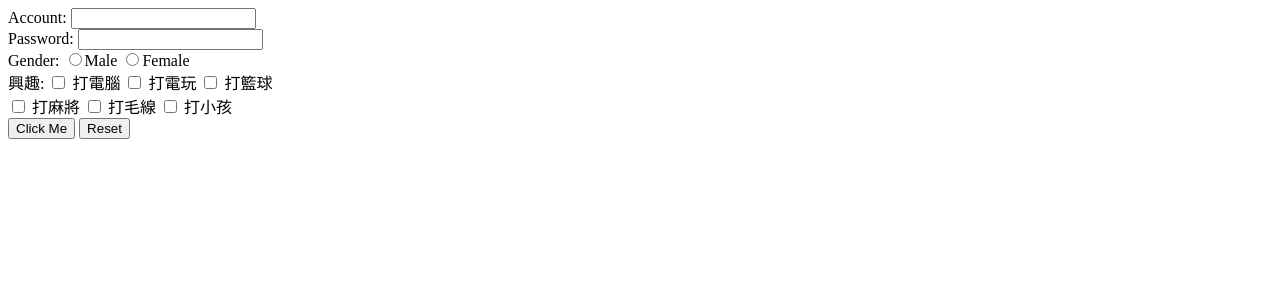
Repository: jessie9527/Java_Brad
Page: BradWeb/src/main/webapp/brad09.html
The author's editor kept a copy of each file at every save. The page is drawn from the files as they stood at one save, then again after the next save.
The browser window is 1280 px wide. The pictures show the whole page.

Above is the page before, as saved 2023-05-09 06:20:08.

After the next save:
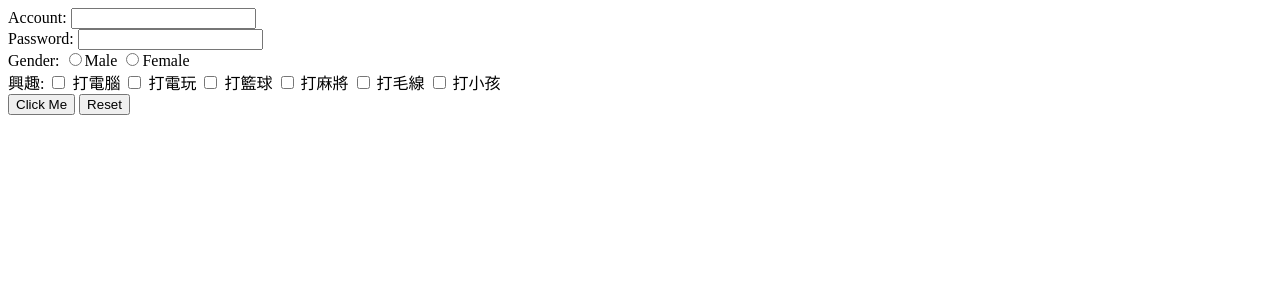
Saved 26 s later.
--- a/BradWeb/src/main/webapp/brad09.html
+++ b/BradWeb/src/main/webapp/brad09.html
@@ -14,7 +14,7 @@
 				  <input type="radio" name="gender" value="f"/>Female <br />
 		興趣:		  <input type="checkbox" /> 打電腦
 				  <input type="checkbox" /> 打電玩
-				  <input type="checkbox" /> 打籃球<br />
+				  <input type="checkbox" /> 打籃球
 				  <input type="checkbox" /> 打麻將
 				  <input type="checkbox" /> 打毛線
 				  <input type="checkbox" /> 打小孩<br />
